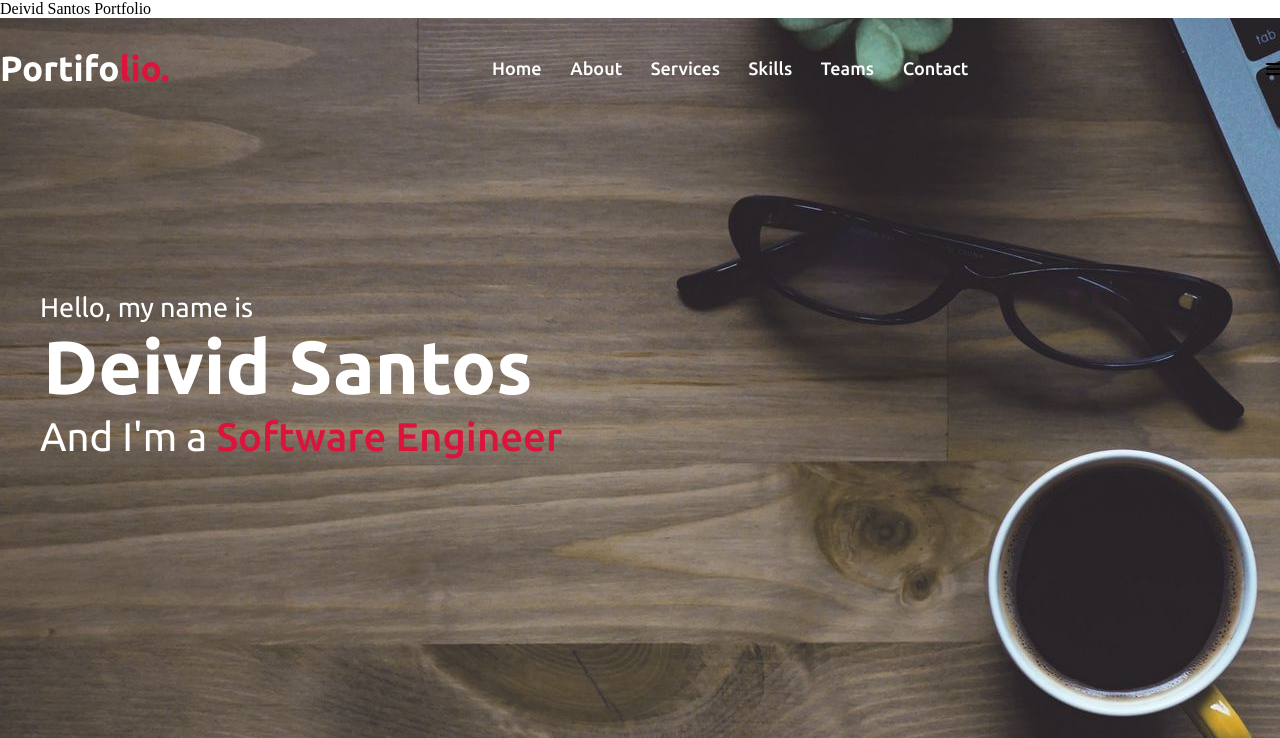
Repository: deividwsantoss/portfolio
Page: index.html
These files come from the project's save history. The page is drawn as it stood at one moment and after the next save; the edit follows.
The browser window is 1280 px wide. The pictures show the whole page.
Some web libraries are served in a nearby version.

Above is the page before, as saved 2021-03-01 20:33:48.

### index.html
<!DOCTYPE html>
<html lang="en">
    <head>
        <meta charset="UTF-8">
        <meta name="viewport" content="width=device-width, initial-scale=1.0">
        <tile>Deivid Santos Portfolio</tile>
        <link rel="stylesheet" href="/Content/style.css">
        <script src="https://kit.fontawesome.com/a076d05399.js"></script>
    </head>
<body>
    <nav class="navbar">
        <div class="max-width">
            <div class="logo"><a href="#">Portifo<span>lio.</span></a></div>
            <ul class="menu">
                <li><a href="#home" class="menu-btn">Home</a></li>
                <li><a href="#about" class="menu-btn">About</a></li>
                <li><a href="#services" class="menu-btn">Services</a></li>
                <li><a href="#skills" class="menu-btn">Skills</a></li>
                <li><a href="#teams" class="menu-btn">Teams</a></li>
                <li><a href="#contact" class="menu-btn">Contact</a></li>
            </ul>
            <div class="menu-btn">
                <i class="fas fa-bars"></i>
            </div>
        </div>
    </nav>

    <!-- Home Section Start -->
    <section class="home" id="home">
        <div class="max-width">
            <div class="home-content">
                <div class="text-1">Hello, my name is </div>
                <div class="text-2">Deivid Santos</div>
                <div class="text-3">And I'm a <span>Software Engineer</span></div>
            </div>
        </div>
    </section>

</body>
</html>

### Content/style.css
@import url('https://fonts.googleapis.com/css2?family=Poppins:wght@400;500;600;700&family=Ubuntu:wght@400;500;700&display=swap');

*{
    margin: 0;
    padding: 0;
    box-sizing: border-box;
    text-decoration: none;
}
/* Navbar styling */
.navbar{
    position: fixed;
    width: 100%;
    z-index: 999;
    padding: 30px 0;
    font-family: 'Ubuntu', sans-serif;
    transition: all 0.3s ease;
}
.navbar.sticky{
    padding: 15px 0;
    background: crimson;
}
.navbar .max-width{
    display: flex;
    align-items: center;
    justify-content: space-between;
}
.navbar .logo a{
    color: #fff;
    font-size: 35px;
    font-weight: 600;
}
.navbar .logo a span{
    color: crimson;
    transition: all 0.3s ease;
}
.navbar.sticky .logo a span{
    color: #fff;
}
.navbar .menu li{
    list-style: none;
    display: inline-block;
}
.navbar .menu li a{
    display: block;
    color: #fff;
    font-size: 18px;
    font-weight: 500;
    margin-left: 25px;
    transition: color 0.3s ease;
}
.navbar .menu li a:hover{
    color: crimson;
}
.navbar.sticky .menu li a:hover{
    color: #fff;
}
/* Home Section Styling */

.home{
    display: flex;
    background: url("/images/banner.jpg") no-repeat center;
    height: 100vh;
    color: #fff;
    min-height: 500px;
    font-family: 'Ubuntu', sans-serif;
}
.home .max-width{
    margin: auto 0 auto 40px;
}
.home .home-content .text-1{

    font-size: 27px;
}
.home .home-content .text-2{

    font-size:  75px;
    font-weight: 600;
    margin-left: 3px;
}
.home .home-content .text-3{

    font-size:  40px;
    margin: 5px 0;
}
.home .home-content .text-3 span{

   color: crimson;
   font-weight: 500;

}

After the next save:
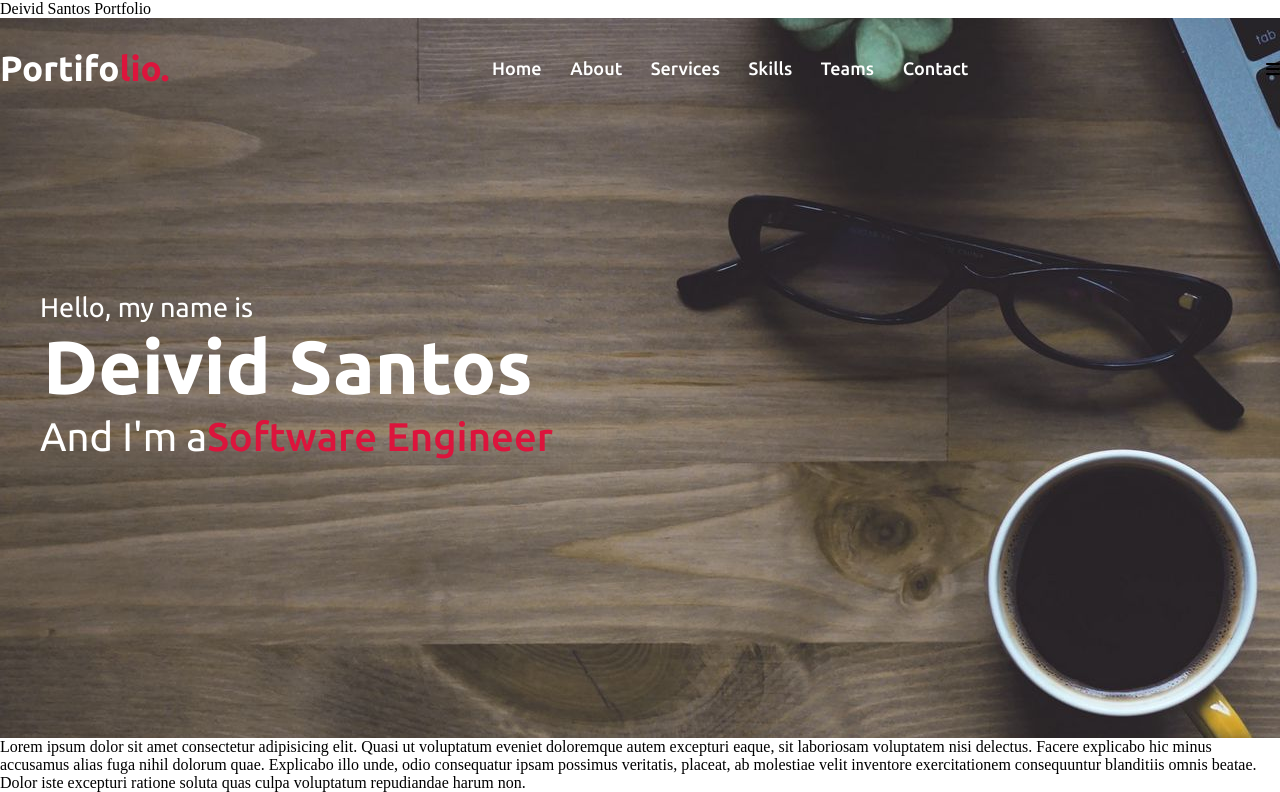
Saved 4 min 43 s later.
--- a/index.html
+++ b/index.html
@@ -31,10 +31,15 @@
             <div class="home-content">
                 <div class="text-1">Hello, my name is </div>
                 <div class="text-2">Deivid Santos</div>
-                <div class="text-3">And I'm a <span>Software Engineer</span></div>
+                <div class="text-3">And I'm a<span>Software Engineer</span></div>
             </div>
         </div>
     </section>
 
+    <p>Lorem ipsum dolor sit amet consectetur adipisicing elit. Quasi ut voluptatum eveniet doloremque autem excepturi eaque,
+        sit laboriosam voluptatem nisi delectus. Facere explicabo hic minus accusamus alias fuga nihil dolorum quae. Explicabo illo unde,
+        odio consequatur ipsam possimus veritatis, placeat, ab molestiae velit inventore exercitationem consequuntur blanditiis omnis beatae.
+        Dolor iste excepturi ratione soluta quas culpa voluptatum repudiandae harum non.</p>
+
 </body>
 </html>
